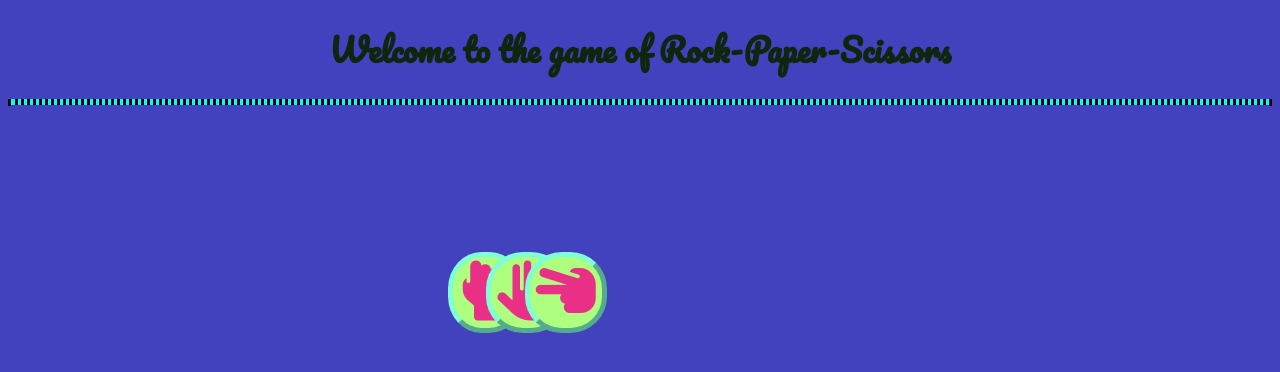
Repository: 0101chaitanya/Rock-Paper-Scissors
Page: index.html
The author's editor kept a copy of each file at every save. The page is drawn from the files as they stood at one save, then again after the next save.
The browser window is 1280 px wide. The pictures show the whole page.
Some web libraries are served in a nearby version.

Above is the page before, as saved 2021-05-14 18:27:13.
Not found: linkk.js

After the next save:
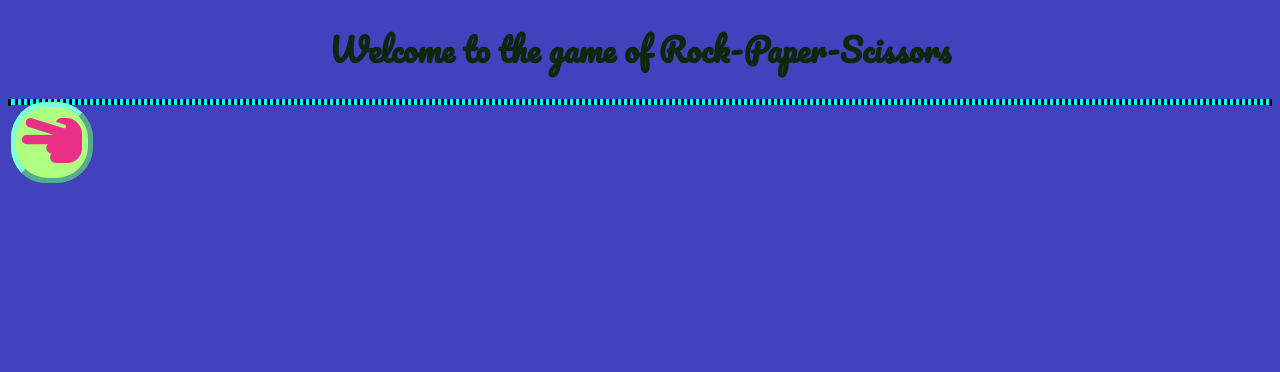
Saved 21 s later.
--- a/style.css
+++ b/style.css
@@ -22,16 +22,10 @@ border-color:aquamarine
 }
 #holder1 {
 position: fixed;
-top: 35vh;
-left :35vw;
 }
 #holder2 {
 position: fixed;
-top: 35vh;
-left :38vw;
 }
 #holder3 {
 position: fixed;
-top: 35vh;
-left :41vw;
 }
